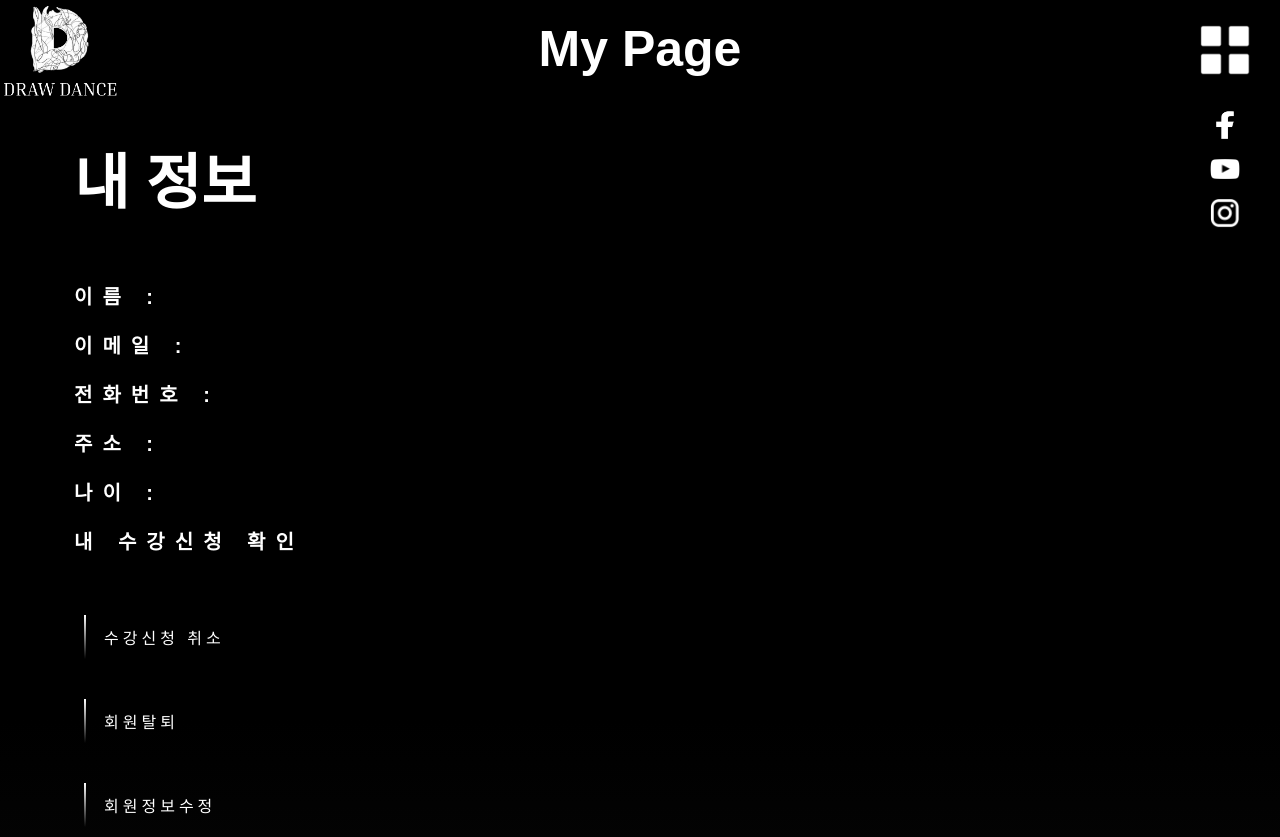
Repository: seonghun9906/semiProject
Page: http://localhost/drawAcademy/WEB-INF/views/member/mypage.jsp
An editor plug-in stored every save of this project. The page is shown before and after the next save, followed by the edit.
The browser window is 1280 px wide. The pictures show the whole page.
The page is served by Tomcat 9. Nobody is signed in. The template is opened directly, without the code that normally fills it, so the values that code supplies are empty.

Above is the page before, as saved 2024-02-26 06:41:25.

After the next save:
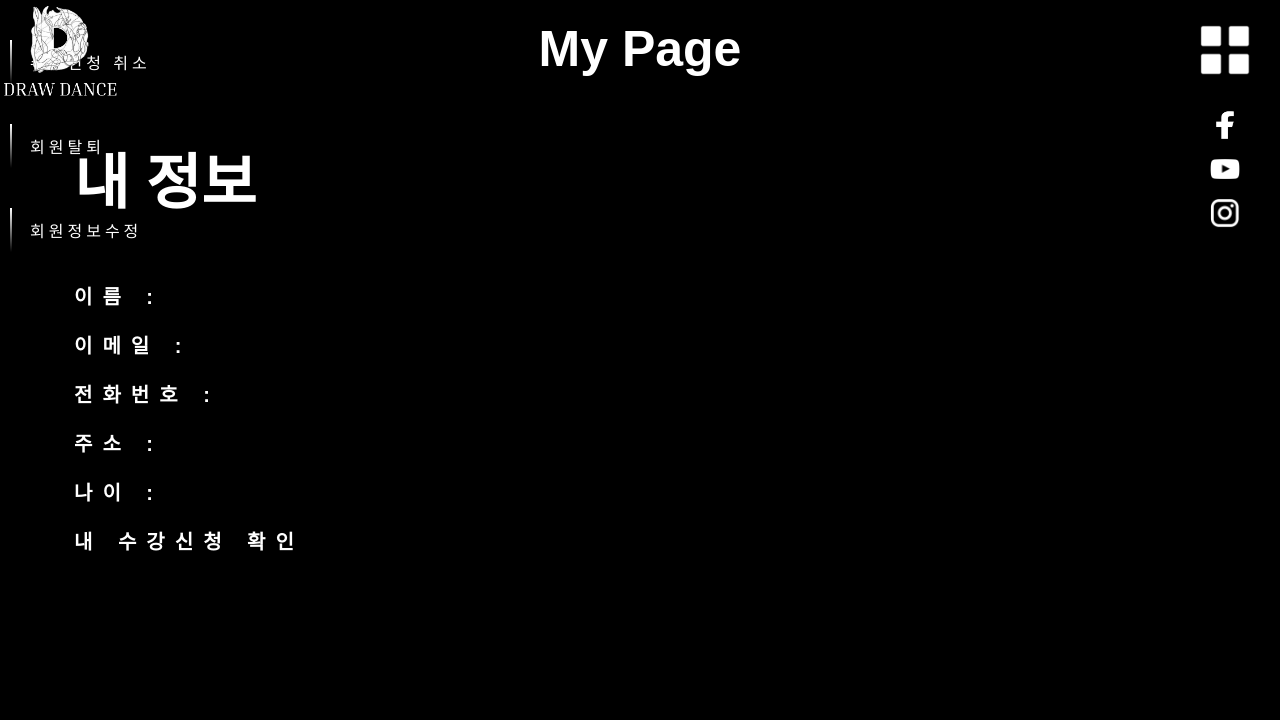
Saved 2 min 57 s later.
--- a/drawAcademy/src/main/webapp/WEB-INF/views/member/mypage.jsp
+++ b/drawAcademy/src/main/webapp/WEB-INF/views/member/mypage.jsp
@@ -39,6 +39,8 @@
   					</c:forEach>
   				</ul>
 			</form>
+			    </div><!-- low-part -->
+		 </div><!--  middle part -->
 
 
 	<div class = "btn-con">
@@ -82,8 +84,6 @@
 
     </div> <!-- btn-con -->
 
-    </div><!-- low-part -->
-		 </div><!--  middle part -->
 
 
 
